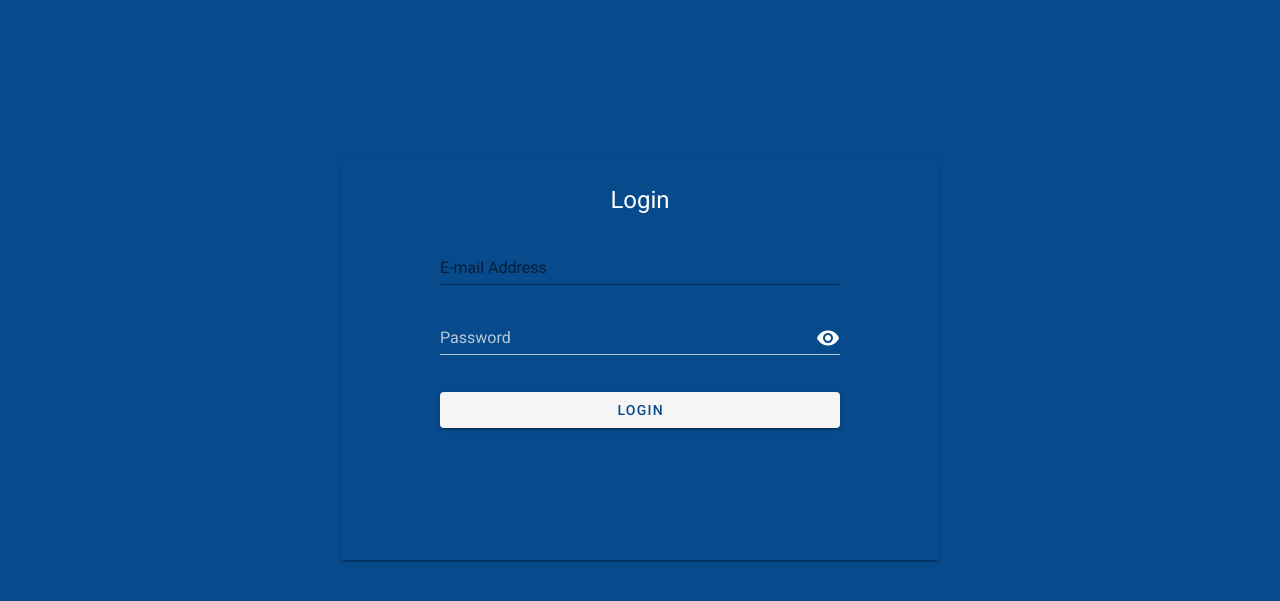
Repository: Grace229/Login
Page: /
These files come from the project's save history. The page is drawn as it stood at one moment and after the next save; the edit follows.
The browser window is 1280 px wide. The pictures show the whole page.
The project was rebuilt for these pictures with package versions that can differ from the ones it lists, and the page was loaded fresh each time. Also part of the build but not shown: vue.config.js. Imported but missing from the stored project, and not drawn on this page: src/views/About.vue.

Above is the page before, as saved 2021-02-15 17:06:34.

After the next save:
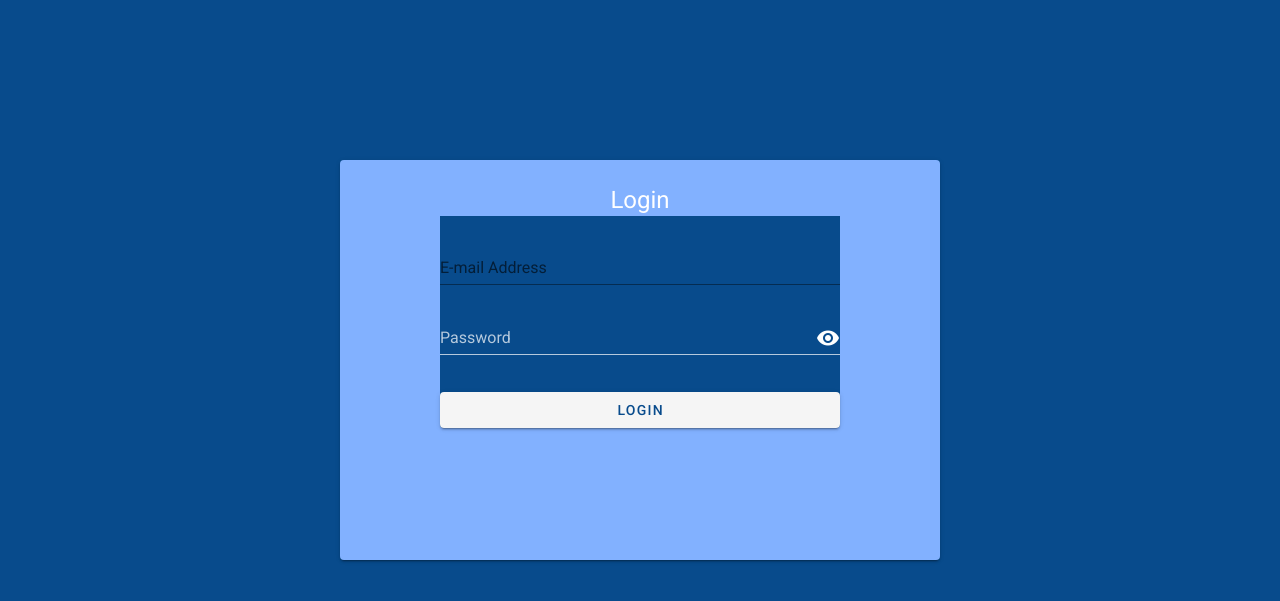
Saved 57 s later.
--- a/src/views/Home.vue
+++ b/src/views/Home.vue
@@ -4,7 +4,7 @@
     class="fill-height primary white--text d-flex flex-column justify-center pa-4"
   >
     <v-container>
-      <v-card class="mx-auto primary" max-width="600" height="400">
+      <v-card class="mx-auto accent" max-width="600" height="400">
         <header>
           <div class="headline text-center pt-6 white--text">
             Login
